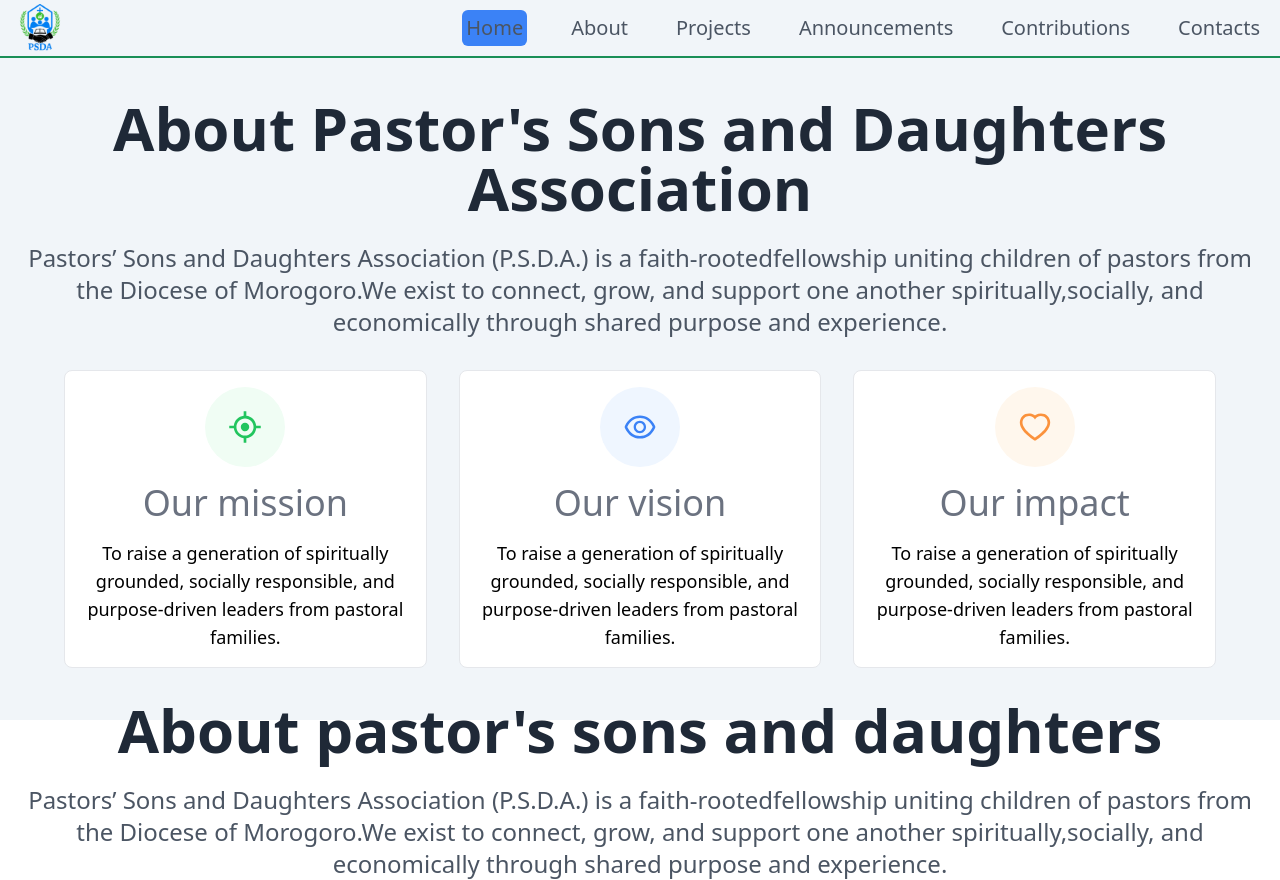
Repository: Zedestar/psda
Page: /about
These files come from the project's save history. The page is drawn as it stood at one moment and after the next save; the edit follows.
The browser window is 1280 px wide. The pictures show the whole page.
The project was rebuilt for these pictures with package versions that can differ from the ones it lists, and the page was loaded fresh each time. Also part of the build but not shown: src/pages/home/home.jsx, src/pages/projects/projects.jsx, src/pages/announcements/announcements.jsx, src/pages/contirbutions/contributions.jsx, src/pages/contacts/contacts.jsx.

Above is the page before, as saved 2025-07-18 20:33:29.

### src/index.js
import React from "react";
import ReactDOM from "react-dom/client";
import App from "./App";
import "./index.css";
import { BrowserRouter } from "react-router-dom";

const root = ReactDOM.createRoot(document.getElementById("root"));
root.render(
  <BrowserRouter>
    <React.StrictMode>
      <App />
    </React.StrictMode>
  </BrowserRouter>
);

### src/App.js
import { Route, Routes } from "react-router-dom";
import Header from "./components/header/header";
import Home from "./pages/home/home";
import AboutPage from "./pages/about/about";
import Projects from "./pages/projects/projects";
import Announcements from "./pages/announcements/announcements";
import Contributions from "./pages/contirbutions/contributions";
import Contacts from "./pages/contacts/contacts";

function App() {
  return (
    <div className="flex flex-col flex-center h-screen  bg-slate-100">
      <Header />
      <Routes>
        <Route path="/" element={<Home />} />
        <Route path="/about" element={<AboutPage />} />
        <Route path="/projects" element={<Projects />} />
        <Route path="/announcements" element={<Announcements />} />
        <Route path="/contributions" element={<Contributions />} />
        <Route path="/contact" element={<Contacts />} />
      </Routes>
    </div>
  );
}

export default App;

### src/components/header/header.jsx
import { useState } from "react";
import headerData from "./header-data";
import HeaderItem from "./header-item";
import psdaImage from "../../assets/images/psdaImage.png";

function Header() {
  const [active, setActive] = useState(1);
  return (
    <header className="flex items-center justify-between px-4 py-1 border-b-2 border-b-psdaGreen">
      <div className="text-3xl rounded-full overflow-hidden">
        <img className="h-12 w-12" src={psdaImage} alt="" />
      </div>{" "}
      <ul className="hidden lg:flex justify-center space-x-10 flex-center">
        {headerData.map((item) => (
          <HeaderItem
            key={item.id}
            item={item}
            active={active}
            setActive={setActive}
          />
        ))}
      </ul>
      <ul className="lg:hidden">
        <li>miaaa</li>
        <li>miaaa</li>
        <li>miaaa</li>
        <li>miaaa</li>
        <li>miaaa</li>
      </ul>
    </header>
  );
}

export default Header;

### src/pages/about/about.jsx
import aboutUsData from "./about-us-data";
import mission_vission_impact_data from "./mission-vission-impact";

function AboutPage() {
  return (
    <div className="w-full h-full flex justify-center">
      <div className="w-full h-full py-5 max-w-screen-2xl flex flex-col items-center">
        <div className="flex flex-col m-5 space-y-6">
          <p className="text-center text-6xl font-semibold text-gray-800">
            About Pastor's Sons and Daughters Association
          </p>
          <p className="text-center text-gray-600 text-2xl">{aboutUsData}</p>
        </div>
        <div className="flex flex-col lg:flex-row items-center justify-around mx-12">
          {mission_vission_impact_data.map((item) => (
            <div className="border flex flex-col justify-center mx-4 my-3 space-y-4 p-4 rounded-lg text-center max-w-lg hover:shadow-slate-800 bg-white">
              <div className="w-full flex items-center justify-center">
                <div
                  className={`flex items-center justify-center rounded-full ${item.color} w-20 h-20`}
                >
                  {item.icon}
                </div>
              </div>

              <p className="text-4xl text-gray-500">{item.title}</p>
              <p className="text-lg ">{item.content}</p>
            </div>
          ))}
        </div>
        <div className="flex flex-col m-5 space-y-6">
          <p className="text-center text-6xl font-semibold text-gray-800">
            About pastor's sons and daughters
          </p>
          <p className="text-center text-gray-600 text-2xl">{aboutUsData}</p>
        </div>
      </div>
    </div>
  );
}

export default AboutPage;

### src/components/header/header-data.js
const headerData = [
  {
    id: 1,
    content: "Home",
    link: "/",
  },
  {
    id: 2,
    content: "About",
    link: "/about",
  },
  {
    id: 3,
    content: "Projects",
    link: "/projects",
  },
  {
    id: 4,
    content: "Announcements",
    link: "/announcements",
  },
  {
    id: 5,
    content: "Contributions",
    link: "/contributions",
  },
  {
    id: 6,
    content: "Contacts",
    link: "/contact",
  },
];

export default headerData;

### src/components/header/header-item.jsx
import { Link } from "react-router-dom";

function HeaderItem({ item, active, setActive }) {
  console.log(active);
  return (
    <li
      className={`p-1 rounded-md text-xl text-gray-600 font-gray-100 hover:bg-gray-200 transition cursor-pointer ${
        item.id === active ? "bg-blue-500" : ""
      }`}
      onClick={() => setActive(item.id)}
    >
      <Link to={item.link}>{item.content}</Link>
    </li>
  );
}

export default HeaderItem;

### src/pages/about/about-us-data.js
const aboutUsData =
  "Pastors’ Sons and Daughters Association (P.S.D.A.) is a faith-rootedfellowship uniting children of pastors from the Diocese of Morogoro.We exist to connect, grow, and support one another spiritually,socially, and economically through shared purpose and experience.";

export default aboutUsData;

### src/pages/about/mission-vission-impact.js
import { AiOutlineAim, AiOutlineEye, AiOutlineHeart } from "react-icons/ai";

const mission_vission_impact_data = [
  {
    id: 1,
    title: "Our mission",
    content:
      "To raise a generation of spiritually grounded, socially responsible, and purpose-driven leaders from pastoral families.",
    icon: <AiOutlineAim className="text-4xl text-green-500" />,
    color: "bg-green-50",
  },
  {
    id: 2,
    title: "Our vision",
    content:
      "To raise a generation of spiritually grounded, socially responsible, and purpose-driven leaders from pastoral families.",
    icon: <AiOutlineEye className="text-4xl text-blue-500" />,
    color: "bg-blue-50",
  },
  {
    id: 3,
    title: "Our impact",
    content:
      "To raise a generation of spiritually grounded, socially responsible, and purpose-driven leaders from pastoral families.",
    icon: <AiOutlineHeart className="text-4xl text-orange-400" />,
    color: "bg-orange-50",
  },
];

export default mission_vission_impact_data;

### tailwind.config.js
/** @type {import('tailwindcss').Config} */
module.exports = {
  content: ["./src/**/*.{js,jsx,ts,tsx}"],
  theme: {
    extend: {
      colors: {
        psdaGreen: "#1A8F57",
      },
    },
  },
  plugins: [],
};

Loaded but not shown: public/index.html (common file); src/index.css (common file)

After the next save:
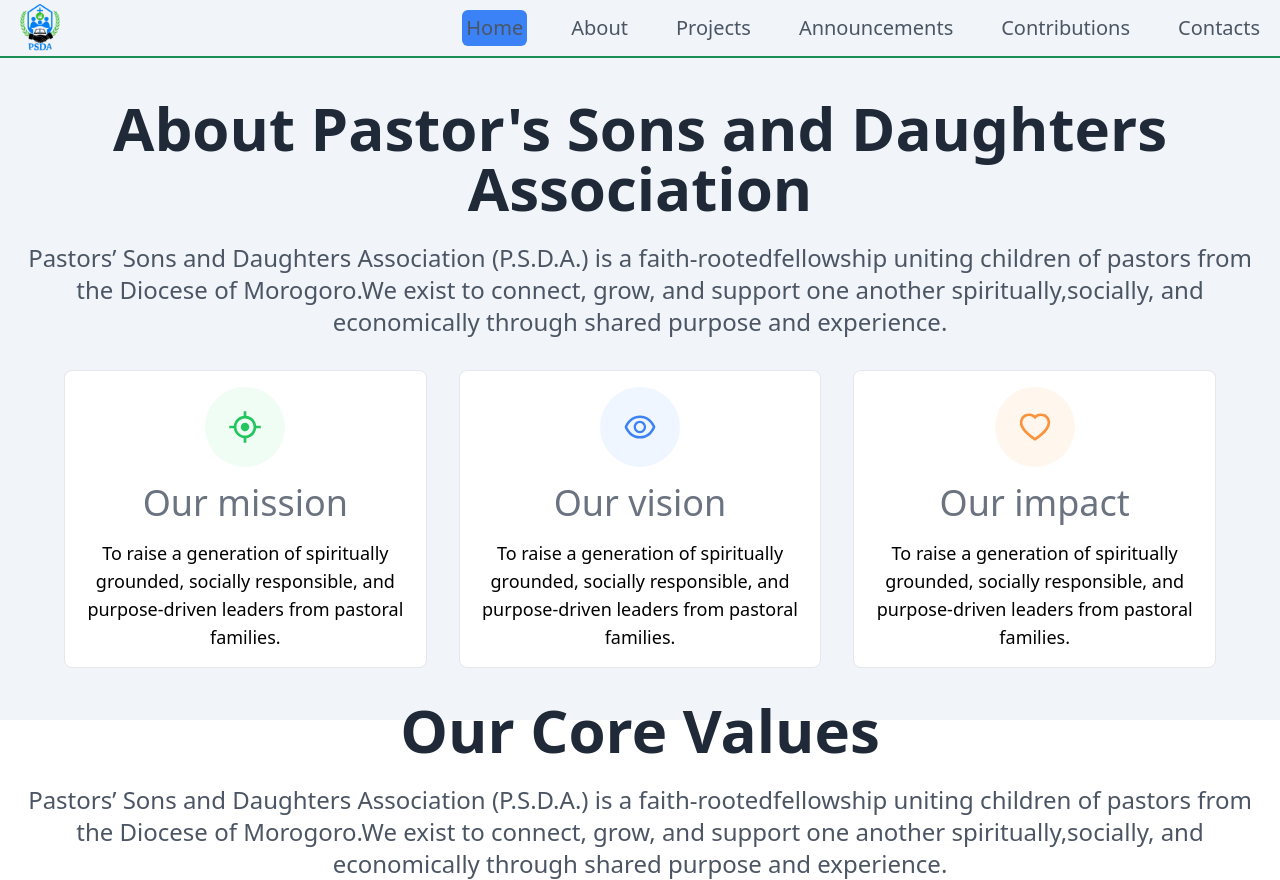
Saved 38 s later.
--- a/src/pages/about/about.jsx
+++ b/src/pages/about/about.jsx
@@ -29,7 +29,7 @@ function AboutPage() {
         </div>
         <div className="flex flex-col m-5 space-y-6">
           <p className="text-center text-6xl font-semibold text-gray-800">
-            About pastor's sons and daughters
+            Our Core Values
           </p>
           <p className="text-center text-gray-600 text-2xl">{aboutUsData}</p>
         </div>
